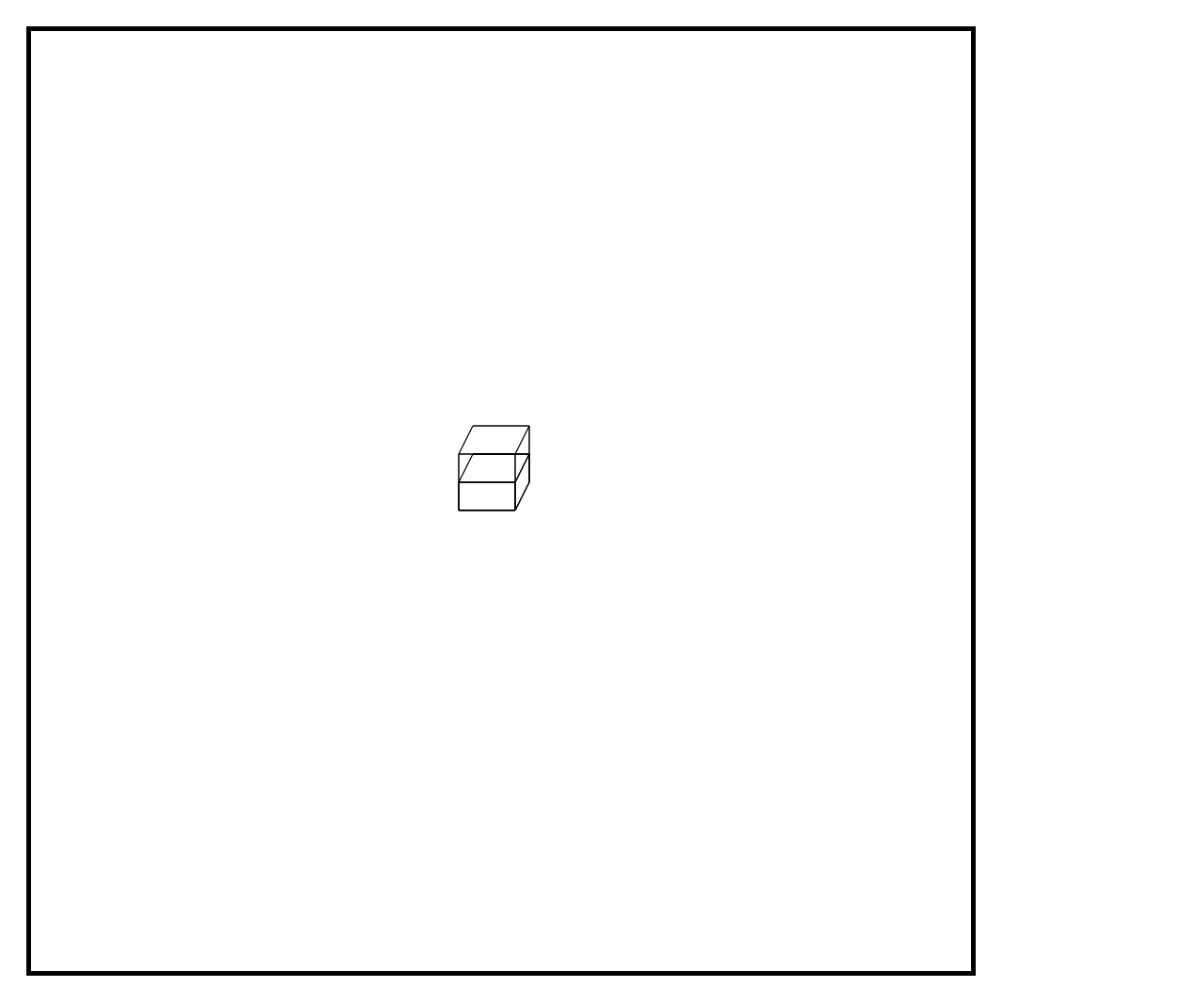
Repository: ejrtn/springbootMaven
Page: deoksu/src/main/resources/static/space.html
These files come from the project's save history. The page is drawn as it stood at one moment and after the next save; the edit follows.
The browser window is 1280 px wide. The pictures show the whole page, at 94% of full size.

Above is the page before, as saved 2021-04-10 01:16:20.

### deoksu/src/main/resources/static/space.html
<!DOCTYPE html>
<html>
<head>
<meta charset="UTF-8">
<title>Insert title here</title>

</head>
<body>
	<canvas id=canvas width="1000" height="1000" style="border: 5px solid black; margin: 20px 0px 0px 20px;"></canvas>
	<script>
	var s = [470, 450, 530, 450, 455, 480, 515, 480, 455, 510, 515, 510, 470, 450, 455, 480,
		530, 450, 515, 480, 530, 480, 515, 510, 455, 480, 455, 510, 515, 480, 515, 510, 530, 450, 530, 480];
	var c = s;
	var sum = [];
	function square(){
//	 	가로1
// 		ctx.moveTo(c[0], c[1]);
// 		ctx.lineTo(c[2], c[3]);
//		가로2
// 		ctx.moveTo(c[4], c[5]);
// 		ctx.lineTo(c[6], c[7]);
//		가로3
// 		ctx.moveTo(c[8], c[9]);
// 		ctx.lineTo(c[10], c[11]);
//		사선(/)1
// 		ctx.moveTo(c[12], c[13]);
// 		ctx.lineTo(c[14], c[15]);
//		사선(/)2
// 		ctx.moveTo(c[16], c[17]);
// 		ctx.lineTo(c[18], c[19]);
//		사선(/)3
// 		ctx.moveTo(c[20], c[21]);
// 		ctx.lineTo(c[22], c[23]);
//		세로1
// 		ctx.moveTo(c[24], c[25]);
// 		ctx.lineTo(c[26], c[27]);
//		세로2
// 		ctx.moveTo(c[28], c[29]);
// 		ctx.lineTo(c[30], c[31]);
//	 	세로3
// 	 	ctx.moveTo(c[32], c[33]);
// 	 	ctx.lineTo(c[34], c[35]);
		for(i=0;i<36;i++){
			ctx.moveTo(c[i], c[i+1]);
			ctx.lineTo(c[i+2], c[i+3]);
			i+=3
		}
	}

//	오른쪽
	function right(){
		for(i=0;i<36;i++){
			if(!(i==16 || i==24)){
				console.log(i)
				ctx.moveTo(c[i]+60, c[i+1]);
				ctx.lineTo(c[i+2]+60, c[i+3]);
			}
			i+=3
		}
	}

//	왼쪽
	function left(){
		for(i=0;i<36;i++){
			if(!(i==16 || i==20 || i==28 || i==32)){
				console.log(i)
				ctx.moveTo(c[i]-60, c[i+1]);
				ctx.lineTo(c[i+2]-60, c[i+3]);
			}
			i+=3
		}
	}

//	북쪽
	function up(){
		for(i=0;i<36;i++){
			if(!(i==4 || i==8 || i==24 || i==28)){
				console.log(i)
				ctx.moveTo(c[i]+15, c[i+1]-30);
				ctx.lineTo(c[i+2]+15, c[i+3]-30);
			}
			i+=3
		}
	}

// 	위에
	function uptop(){
		for(i=0;i<36;i++){
			if(!(i==8 || i==20)){
				ctx.moveTo(c[i], c[i+1]-30);
				ctx.lineTo(c[i+2], c[i+3]-30);
			}
			if(!(i==12)){
				ctx2.moveTo(c[i], c[i+1]);
				ctx2.lineTo(c[i+2], c[i+3]);
			}
			i+=3
		}
	}

	var canvas = document.getElementById("canvas");
	var ctx = canvas.getContext("2d");
	ctx.beginPath();

	var ctx2 = canvas.getContext("2d");
	ctx2.beginPath();
// 	ctx2.strokeStyle="white"

	square();
	uptop();
// 	up();
// 	left();
// 	right();

	ctx2.stroke();
	ctx.stroke();

	</script>
</body>
</html>

After the next save:
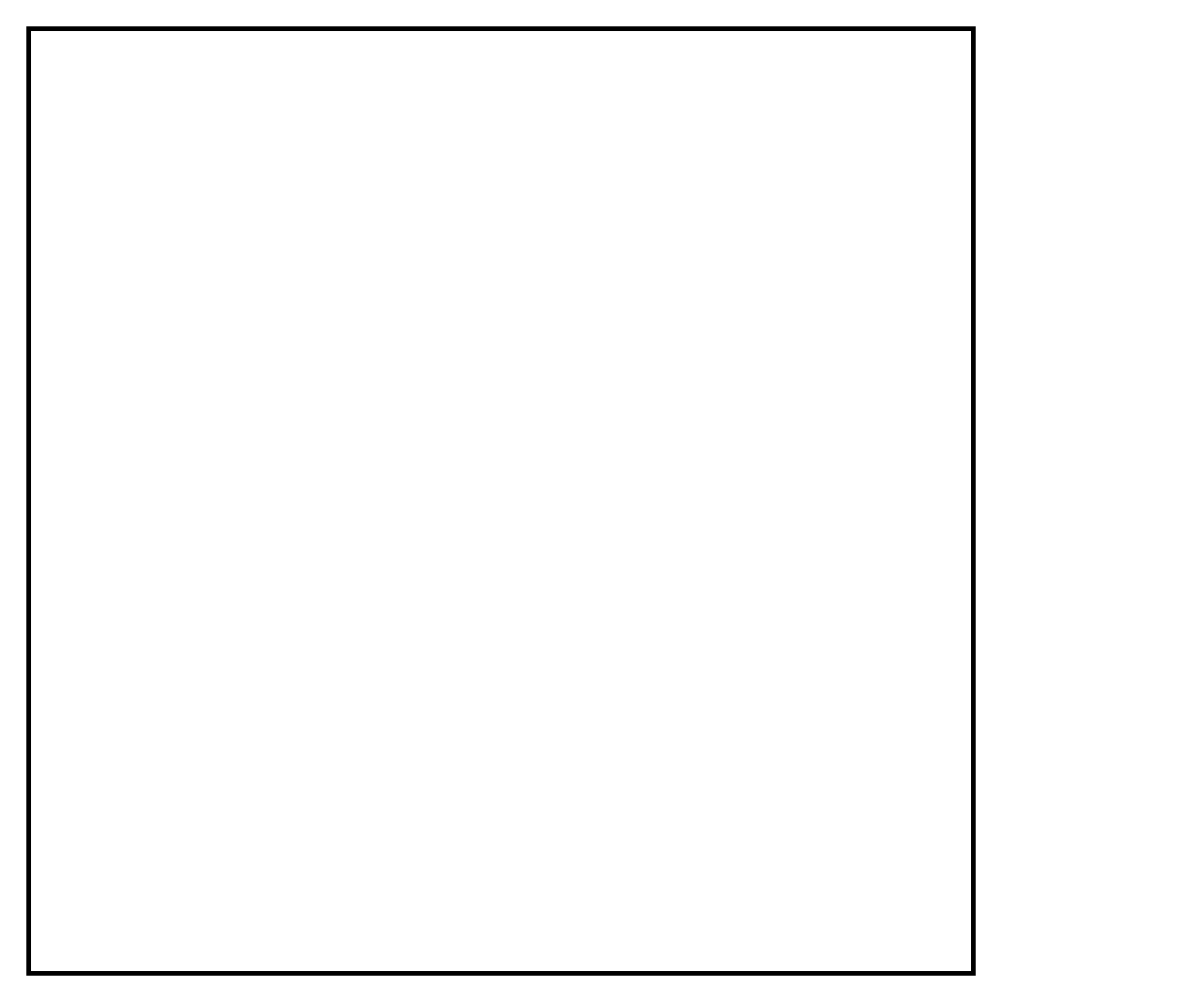
Console error: ReferenceError: ctx2 is not defined
Saved 5 s later.
--- a/deoksu/src/main/resources/static/space.html
+++ b/deoksu/src/main/resources/static/space.html
@@ -102,10 +102,6 @@
 	var ctx = canvas.getContext("2d");
 	ctx.beginPath();
 
-	var ctx2 = canvas.getContext("2d");
-	ctx2.beginPath();
-// 	ctx2.strokeStyle="white"
-
 	square();
 	uptop();
 // 	up();
